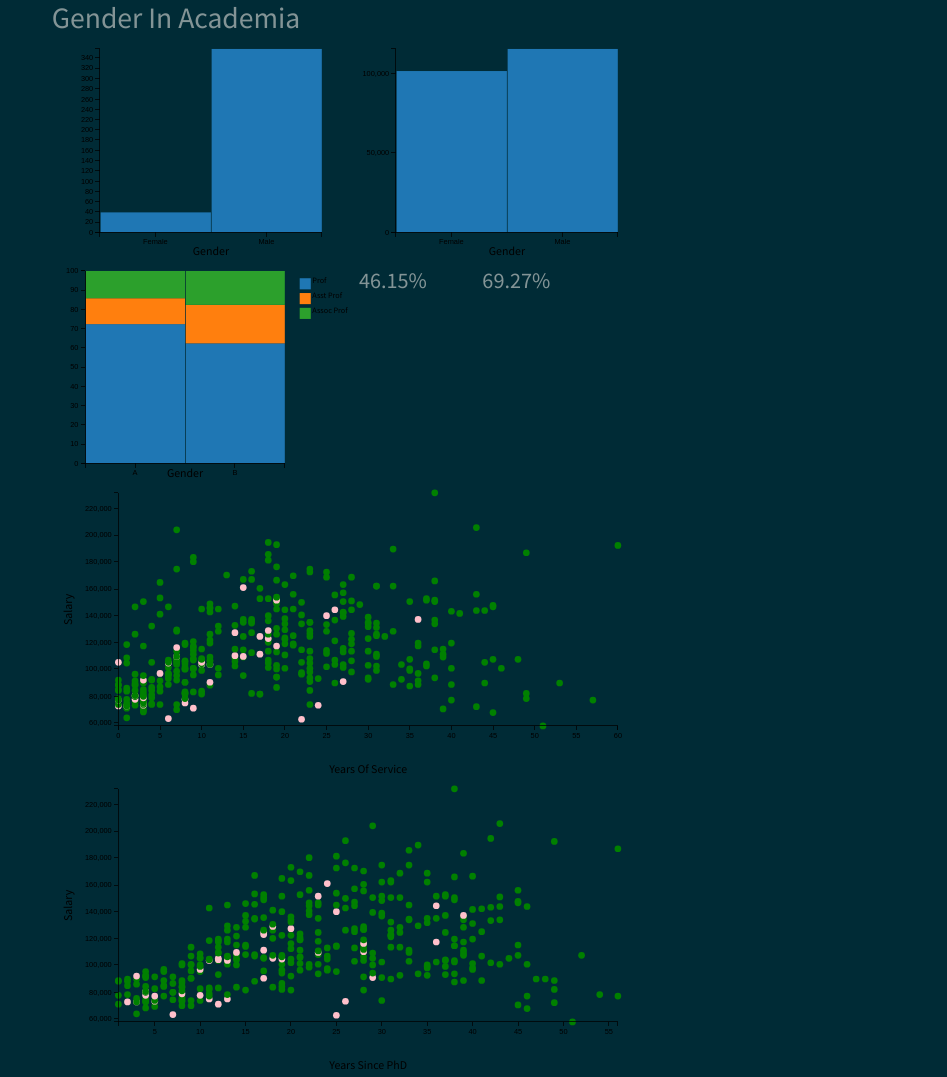
Repository: rafaljanos/Dashboard
Page: Index.html
The author's editor kept a record of every edit. The page is drawn from the files as they stood at one moment, then again after the next edit.
The browser window is 1280 px wide. The pictures show the whole page, at 74% of full size.

Above is the page before.

After the next edit:
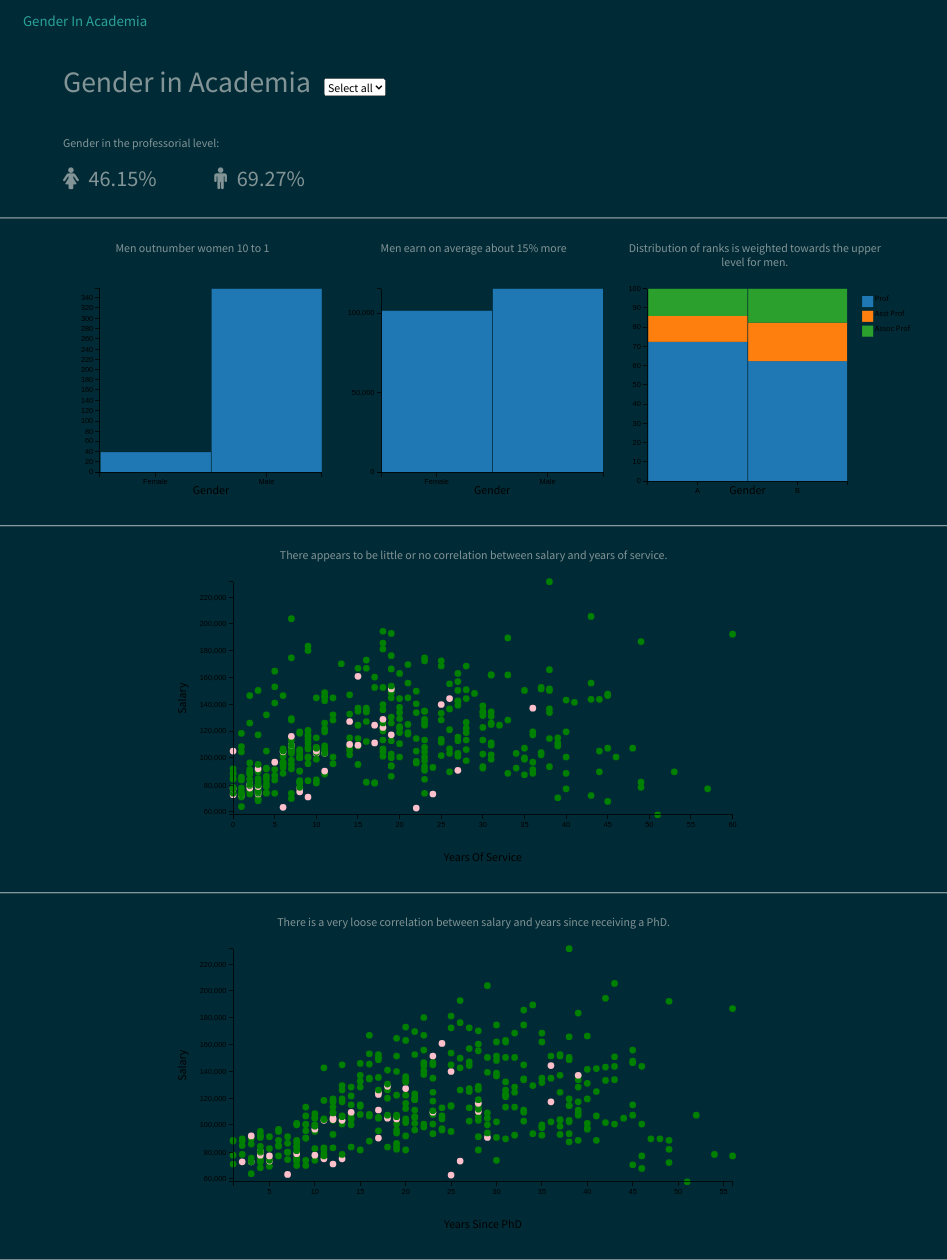
The edit:
--- a/Index.html
+++ b/Index.html
@@ -4,11 +4,13 @@
     <meta charset="UTF-8">
     <meta name="viewport" content="width=device-width, initial-scale=1.0">
     <meta http-equiv="X-UA-Compatible" content="ie=edge">
-    <title>Dashboard</title>
+    <title>Gender In Academia</title>
 
     <link rel="stylesheet" href="static/css/bootstrap.min.css" type="text/css" />
     <link rel="stylesheet" href="static/css/dc.min.css" type="text/css" />
+    <link rel="stylesheet" type="text/css" href="https://maxcdn.bootstrapcdn.com/font-awesome/4.7.0/css/font-awesome.min.css">
     <link rel="stylesheet" href="static/css/style.css" type="text/css" />
+
 
     <script type="text/javascript" src="static/js/d3.min.js"></script>
     <script type="text/javascript" src="static/js/crossfilter.min.js"></script>
@@ -17,31 +19,93 @@
     <script type="text/javascript" src="static/js/graph.js"></script>
 
 </head>
+
+
 <body>
-    <div class="container">
+    <nav class="navbar navbar-default">
+      <div class="container-fluid">
+        <div class="navbar-header">
+          <a class="navbar-brand" href="#">Gender In Academia</a>
+        </div>
+    </div>
+    </nav>
 
-        <div class="row">
-            <h1>Gender In Academia</h1>
+    <main>
+      <section class="section">
+        <div class="container">
+
+          <div class="row">
+            <div class="col-xs-12 col-sm-12">
+              <h1 class="section-heading">Gender in Academia</h1>
+              <div id="discipline-selector"></div>
+            </div>
+          </div>
+
+          <div class="row">
+                    <div class="col-xs-12 col-sm-12">
+                        <p class="section-paragraph">Gender in the professorial level:</p>
+                    </div>
+
+            <div class="col-xs-12 col-sm-6 col-lg-6">
+                <i class="fa fa-female fa-gender" aria-hidden="true"></i> <span class="number-box" id="percent-of-women-professors"></span>
+                <i class="fa fa-male fa-gender" aria-hidden="true"></i> <span class="number-box" id="percent-of-men-professors"></span>
+            </div>
+          </div>
         </div>
-        <div class="row">
+    </section>
+
+
+      <section class="section">
+        <div class="container">
+
+          <div class="row">
+            <div class="col-xs-12 col-sm-4 text-center">
+              <p class="section-paragraph">Men outnumber women 10 to 1</p>
+              </div>
+              <div class="col-xs-12 col-sm-4 text-center">
+                <p class="section-paragraph">Men earn on average about 15% more</p>
+              </div>
+              <div class="col-xs-12 col-sm-4 text-center">
+                            <p class="section-paragraph">Distribution of ranks is weighted towards the upper level for men.</p>
+                        </div>
+            </div>
+
+            <div class="row">
+              <div class="col-xs-12 col-sm-4 text-center" id="gender-balance" class="custom-chart"></div>
+              <div class="col-xs-12 col-sm-4 text-center" id="average-salary" class="custom-chart"></div>
+              <div class="col-xs-12 col-sm-4 text-center" id="rank-distribution" class="custom-chart"></div>
+            </div>
+          </div>
+        </section>
+
+        <section class="section">
+          <div class="container">
+
+            <div class="row">
+              <div class="col-xs-12 col-sm-12 text-center">
+                <p class="section-paragraph">There appears to be little or no correlation between salary and years of service.</p>
+            </div>
+
+            <div class="col-xs-12 col-sm-12 text-center" id="service-salary">
+
+            </div>
+          </div>
+        </div>
+      </section>
+
+      <section class="section">
+        <div class="container">
+
+          <div class="row">
+            <div class="col-xs-12 col-sm-12 text-center">
+              <p class="section-paragraph">There is a very loose correlation between salary and years since receiving a PhD.</p>
+            </div>
+
+            <div class="col-xs-12 col-sm-12 text-center" id="phd-salary"></div>
+          </div>
 
         </div>
-
-
-    <div id="gender-balance"></div>
-
-    <div id="average-salary"></div>
-
-    <div id="rank-distribution"></div>
-
-    <div class="number-box" id="percent-of-women-professors"></div>
-    <div class="number-box" id="percent-of-men-professors"></div>
-
-    <div id="service-salary"></div>
-
-    <div id="phd-salary"></div>
-    </div>
-
-
+      </section>
+    </main>
 </body>
 </html>
